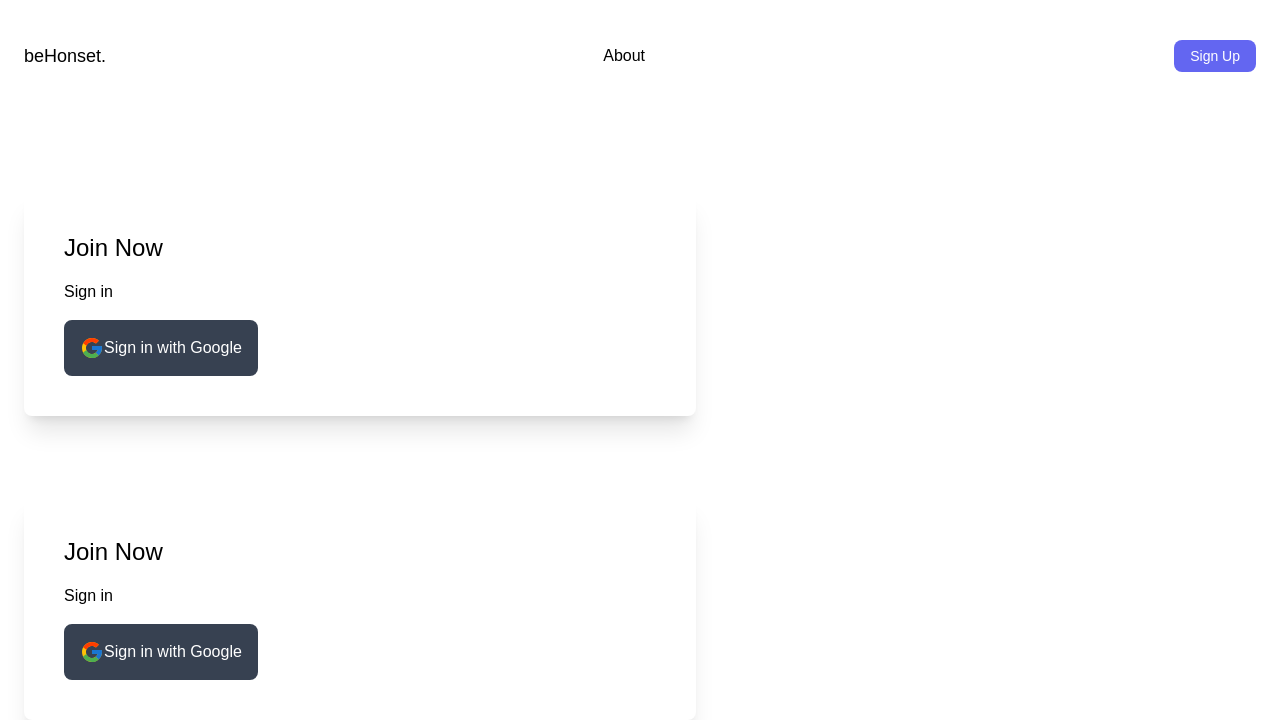
Repository: aidenfine/be-honset
Page: /login
The author's editor kept a copy of each file at every save. The page is drawn from the files as they stood at one save, then again after the next save.
The browser window is 1280 px wide. The pictures show the whole page.
The page's requests for data from a server got no answer. The project was rebuilt for these pictures with package versions that can differ from the ones it lists, and the page was loaded fresh each time. The framework's server and built-in components were replaced by stand-ins that run in the browser. No one was signed in, and anything a server would have sent is missing. Also part of the build but not shown: next.config.js.

Above is the page before, as saved 2022-10-26 22:07:21.

### pages/_app.js
import '../styles/globals.css'
import Layout from '../components/layout'
import { ToastContainer } from 'react-toastify'
import 'react-toastify/dist/ReactToastify.css';



function MyApp({ Component, pageProps }) {
  return(
    <Layout>
      <ToastContainer limit={2}/>
        <Component {...pageProps} />
    </Layout>

  )
}

export default MyApp

### pages/login.js
import { FcGoogle } from "react-icons/fc"
import { signInWithPopup, GoogleAuthProvider} from "firebase/auth"
import { auth } from "../utils/firebase";
import {useRouter} from "next/router"
import { useAuthState } from 'react-firebase-hooks/auth'
import { useEffect } from "react";






export default function Login(){
    const route = useRouter();
    const [user, loading] = useAuthState(auth);

    // Google Sign in

    const googleProvider = new GoogleAuthProvider();
    const GoogleLogin = async () => {
        try {
            const result = await signInWithPopup(auth, googleProvider)
            route.push("/")
            console.log("logged in")
        } catch (error) {
            console.log(error)

        }
    }

    useEffect(()=>{
        if(user){
            route.push('/');
        }else{
            console.log("login")
        }

    }, [user]);
    return(
    <div className="grid-cols-1">
        <div className="justify-center items-center shadow-xl w-15 md:max-w-2xl mt-20  p-10 text-black rounded-lg bg-white">
            <h2 className="text-2xl font-medium">Join Now</h2>
            <div>
                <h3 className="py-4">Sign in</h3>
                <button onClick={GoogleLogin} className="text-white bg-gray-700 w-65 font font-medium rounded-lg flex align-middle p-4">
                    <FcGoogle className="text-2xl"/>
                    Sign in with Google
                </button>
            </div>
        </div>

        <div className="justify-center items-center shadow-xl w-15 md:max-w-2xl mt-20  p-10 text-black rounded-lg bg-white">
            <h2 className="text-2xl font-medium">Join Now</h2>
            <div>
                <h3 className="py-4">Sign in</h3>
                <button onClick={GoogleLogin} className="text-white bg-gray-700 w-65 font font-medium rounded-lg flex align-middle p-4">
                    <FcGoogle className="text-2xl"/>
                    Sign in with Google
                </button>
            </div>
        </div>
    </div>


    )
}

### styles/globals.css
@tailwind base;
@tailwind components;
@tailwind utilities;


* {
  font-family: 'Montserrat', sans-serif;

}

### components/layout.js
import Nav from "./Nav";

export default function Layout({ children }){
    return(
        <div className="mx-6 md:max-w-10xl md-mx-auto font-montserrat">
            <Nav />
            <main>{children}</main>
        </div>
    )
}

### utils/firebase.js
// Import the functions you need from the SDKs you need
import { initializeApp } from "firebase/app";
import {getAuth} from 'firebase/auth';
import {getFirestore} from 'firebase/firestore'
// TODO: Add SDKs for Firebase products that you want to use
// https://firebase.google.com/docs/web/setup#available-libraries

// Your web app's Firebase configuration
// For Firebase JS SDK v7.20.0 and later, measurementId is optional
const firebaseConfig = {
  apiKey: process.env.NEXT_PUBLIC_API_KEY,
  authDomain: process.env.NEXT_PUBLIC_AUTH_DOMAIN,
  projectId: process.env.NEXT_PUBLIC_PROJECT_ID,
  storageBucket: process.env.NEXT_PUBLIC_STORAGE_BUCKET,
  messagingSenderId: process.env.NEXT_PUBLIC_MESSAGING_SENDER_ID,
  appId: process.env.NEXT_PUBLIC_APP_ID,
  measurementId: process.env.NEXT_PUBLIC_MEASUREMENT_ID
};

// Initialize Firebase
const app = initializeApp(firebaseConfig);
export const auth = getAuth();
export const db = getFirestore(app);

### components/Nav.js
import Link from "next/link"
import { auth } from "../utils/firebase"
import { useAuthState } from "react-firebase-hooks/auth"

export default function Nav(){
    const [user, loading] = useAuthState(auth);

    return(
        <nav className="flex justify-between items-center py-10">
            <Link href="/">
            <button className="text-lg font-medium text-black opacity-87" >beHonset.</button>
            </Link>
            <Link href="/about">
            <button className="flex items-center gap-2" >About</button>
            </Link>
            <ul className="flex items-center gap-10">
                {!user && (
                <Link href={"/login"} className="py-1.5 px-4 text-sm bg-indigo-500 text-white opacity-87 rounded-lg font-medium ml-8">Sign Up</Link>
            )}
            {user && (
                <div className="flex items-center gap-6">
                    <Link href="/new-post">
                    <button className="font-medium bg-indigo-500 text-white py-2 px-4 rounded-lg text-sm">Create Post</button>
                    </Link>
                    <Link href="/dashboard">
                        <img className="w-10 rounded-full cursor-pointer" referrerpolicy="no-referrer" src={user.photoURL} />

                    </Link>
                </div>
            )}
            </ul>



        </nav>
    )
}

### tailwind.config.js
/** @type {import('tailwindcss').Config} */
module.exports = {
  content: [
    "./pages/**/*.{js,ts,jsx,tsx}",
    "./components/**/*.{js,ts,jsx,tsx}",
  ],
  darkMode: 'class',
  theme: {
    extend: {
      fontFamily: {
        montserrat: 'Montserrat',
      }
    },
  },
  plugins: [],
}

After the next save:
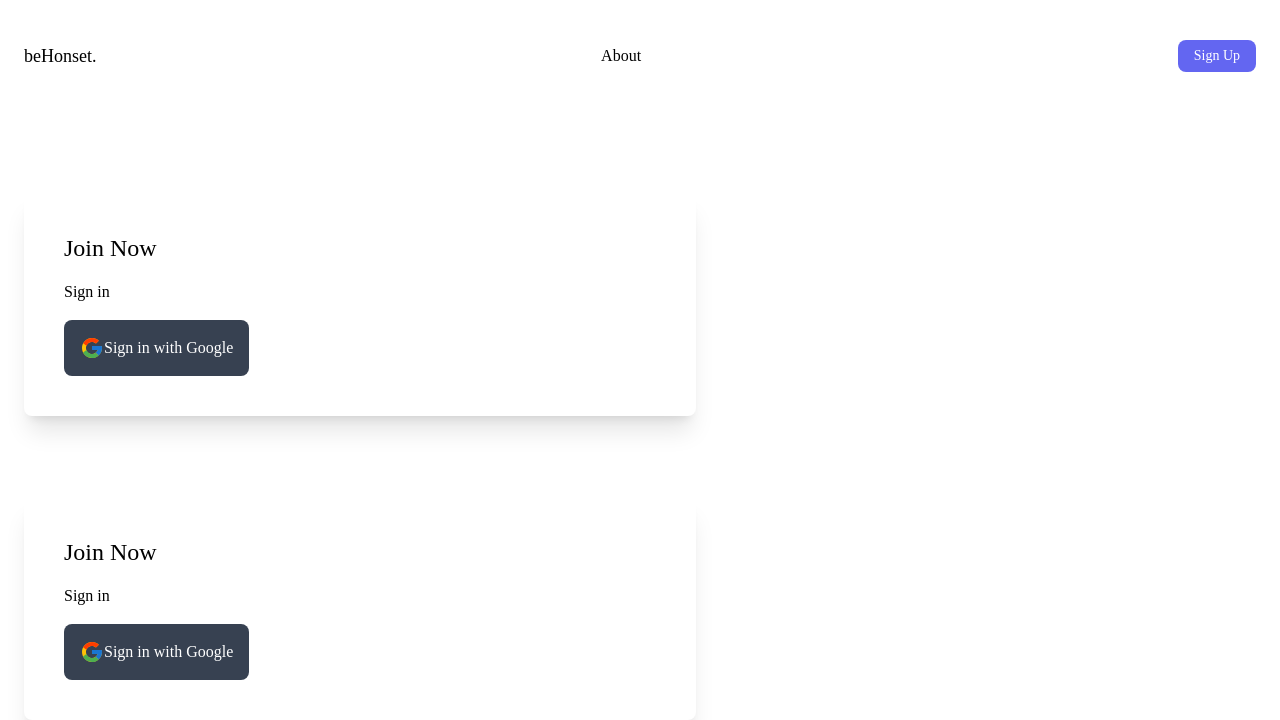
Saved 33 s later.
--- a/styles/globals.css
+++ b/styles/globals.css
@@ -4,6 +4,6 @@
 
 
 * {
-  font-family: 'Montserrat', sans-serif;
+
 
 }
